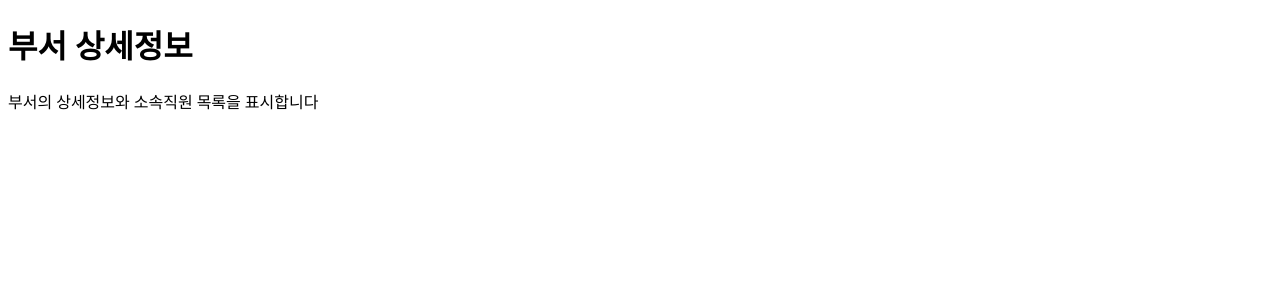
Repository: qwer1227/Jsp_study
Page: http://localhost/hr/dept/detail.jsp
An editor plug-in stored every save of this project. The page is shown before and after the next save, followed by the edit.
The browser window is 1280 px wide. The pictures show the whole page.
The page is served by Tomcat 9.

Above is the page before, as saved 2024-08-07 01:51:15.

After the next save:
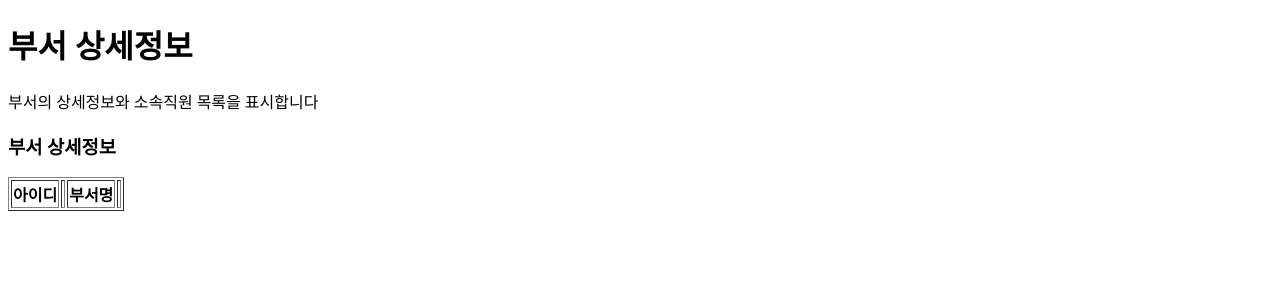
Saved 14 min 28 s later.
--- a/hr/src/main/webapp/dept/detail.jsp
+++ b/hr/src/main/webapp/dept/detail.jsp
@@ -25,7 +25,18 @@
 
 <%
 	String value = request.getParameter("id");
-	System.out.println(value);
 %>
+
+	<h3>부서 상세정보</h3>
+	<table border="1">
+		<tbody>
+			<tr>
+				<th>아이디</th>
+				<td></td>
+				<th>부서명</th>
+				<td></td>
+			</tr>
+		</tbody>
+	</table>
 </body>
 </html>
